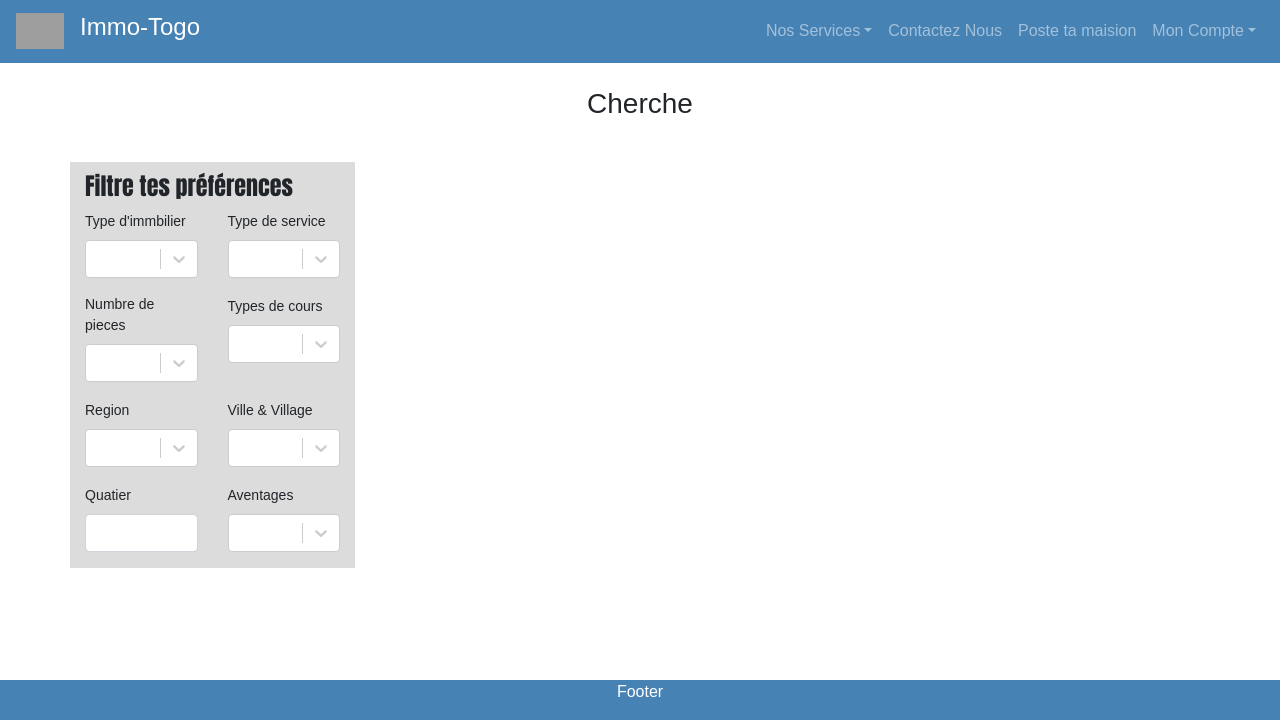
Repository: TAYLOR-YAO/immobilier-togo
Page: / (app in client/)
The author's editor kept a copy of each file at every save. The page is drawn from the files as they stood at one save, then again after the next save.
The browser window is 1280 px wide. The pictures show the whole page.
Pictures or frames that could not be fetched are drawn as grey boxes. The page's requests for data from a server got no answer. The project was rebuilt for these pictures with package versions that can differ from the ones it lists, and the page was loaded fresh each time. No one was signed in, and anything a server would have sent is missing. Also part of the build but not shown: client/src/Components/LendingPage/LendingPage.css, client/src/Components/RegisterHouses/RegisterHouse.css, client/src/Components/RegisterHouses/RegisterHouse.js, client/src/Components/Test_file.js, client/src/Components/test-2.js.

Above is the page before, as saved 2020-05-14 20:39:51.

### client/src/App.js
import React from 'react';
import './App.css';
// import LendingPage from "./LendingPage/LendingPage";
import Router from "./Components/Router/Router";
import Navbar from "./Components/Navbar/Navbar";

function App() {
  return (
    <div className="App">
      <Navbar/>
      <Router/>
      <div className="footer fixed-bottom">
        <p>Footer</p>
      </div>
    </div>
  );
}

export default App;

### client/src/App.css
.App {
  text-align: center;
}

.App-logo {
  height: 5vmin;
  pointer-events: none;
}

@media (prefers-reduced-motion: no-preference) {
  .App-logo {
    animation: App-logo-spin infinite 20s linear;
  }
}
html {
position: relative;
min-height: 100%;
}
body {
margin: 0 0 100px;
font-family: sans-serif;
}
.content {
padding: 15px;
box-sizing: border-box;
text-align: center;
}


.footer {
  background-color: #4682B4 !important;
  color: #ffffff;
}

### client/src/Components/Router/Router.js

import React from "react";
import {Switch, Route} from "react-router-dom";

import LendingPage from "../LendingPage/LendingPage";

import RegisterHouse from "../RegisterHouses/RegisterHouse";
import TestFile from "../Test_file";
import TestFile2 from "../test-2";



const Router =()=>(
    <Switch>
        <Route exact path="/" component={LendingPage} />
        <Route exact path="/poster-immobiliers" component={RegisterHouse} />
        <Route exact path="/test" component={TestFile} />
        <Route exact path="/test2" component={TestFile2} />

    </Switch>
)
export default Router;

### client/src/Components/Navbar/Navbar.js
import React, {Component} from 'react';
import { Nav, NavDropdown, Navbar } from 'react-bootstrap';
import './Navbar.css';
var logo = "https://thumbs.dreamstime.com/z/mains-et-maisons-toits-logo-d-immobiliers-89005989.jpg";


class Navigations extends Component {
 state = {
   username: ""
};

  render() {
    return <div>

<Navbar collapseOnSelect expand="lg" bg="success" variant="dark" className="navbar navbar-fixed-top">
    <Navbar.Brand href="/node_modules">
        <img src={logo} className="App-logo" alt="logo" style={{float:"left"}} />
    </Navbar.Brand>
    <Navbar.Brand href="/">
        <h4>Immo-Togo  </h4>
    </Navbar.Brand>
    <Navbar.Toggle aria-controls="responsive-navbar-nav" />
    <Navbar.Collapse id="responsive-navbar-nav">
        <Nav className="mr-auto">
        </Nav>
        <Nav>
            <NavDropdown title="Nos Services" id="collasible-nav-dropdown">
                <NavDropdown.Item href="#action/3.1">Annonce et vente de Maison</NavDropdown.Item>
                <NavDropdown.Divider />
                <NavDropdown.Item href="#action/3.3">Annonce et vente de Terrains</NavDropdown.Item>
                <NavDropdown.Divider />
                <NavDropdown.Item href="#action/3.4">Annonce et location</NavDropdown.Item>
            </NavDropdown>
            <Nav.Link href="/">Contactez Nous</Nav.Link>
            <Nav.Link href="poster-immobiliers">Poste ta maision</Nav.Link>
            <NavDropdown title="Mon Compte" id="collasible-nav-dropdown">
                <NavDropdown.Item href="#action/3.1">Modifier</NavDropdown.Item>
                <NavDropdown.Divider />
                <NavDropdown.Item href="#action/3.3">Solicite L'aide</NavDropdown.Item>
                <NavDropdown.Divider />
                <NavDropdown.Item href="#action/3.4">Quitter</NavDropdown.Item>
            </NavDropdown>
        </Nav>
    </Navbar.Collapse>
</Navbar>

    </div>

  }
}

export default Navigations;

### client/src/Components/LendingPage/LendingPage.js
import React, {Component} from 'react';
import './LendingPage.css';
import ReactHtmlParser from 'react-html-parser';
import axios from "axios";
import { Container ,Row, Col, Card, Form } from 'react-bootstrap';
import {regions, villes, immoiliers, cours, nombreChambres, aventages, services} from "../Feeds/feeds";
import Select from 'react-select';
import { Carousel } from 'react-responsive-carousel';
const customStyles = {
  input: styles => {
    return {
      ...styles,
      height: '1.6em'
  };
}
}
class LendingPage extends Component {
 state = {
    immobiliers: [],
    quartier:" ",
    ville:" ",
    descriptions:"",
    autreInfos:"",
    amount: "0.00 cfa",
    // ======================================
    region: "",
    immobilier: "",
    cours: "",
    chambres: "",
    aventages: "",
    services: "",
    // ======================================
    selectedRegion: null,
    selectedCity: null,
    selectedImmobilier: null,
    selectedCours:null,
    selectedNombreChambres: null,
    selectedAventages: null,
    selectedServices: null,
    documents: false
};
componentDidMount = ()=>{
  axios.get("/api/poster-vente", this.state).then(response=>{
    this.setState({
        immobiliers: response.data,
        clonedImmobiliers: response.data
      })
  })
  this.handleRegionChange = (regionOption) => {
    let filteredRegions = this.state.clonedImmobiliers.filter(immobilier => {
        return immobilier.region === regionOption.value;
    })
    this.setState({
        immobiliers: filteredRegions,
        selectedRegion: regionOption.value
    })
  }
  // ==============================FILTRE Ville================================
  this.handleVillesChange= (cityOption) => {
    let filteredCities = this.state.clonedImmobiliers.filter(immobilier => {
      return immobilier.ville === cityOption.value;
    })
    this.setState({
      immobiliers: filteredCities,
      ville: cityOption.value
    })
  }
  // ==============================FILTRE TYPE D'IMMOBILIER================================
  this.handleImmobilierChange= (immobilierTypeOption) => {
    let filteredImmobilierType= this.state.clonedImmobiliers.filter(immobilier => {
      return immobilier.immobilier === immobilierTypeOption.value;
    })
    this.setState({
      immobiliers: filteredImmobilierType,
      selectedImmobilier: immobilierTypeOption.value
    })
  }

  // ==============================FILTRE TYPE DE COURS================================
  this.handleCoursChange= (coursOptions) => {
    let filteredCoursType= this.state.clonedImmobiliers.filter(immobilier => {
      return immobilier.cours === coursOptions.value;
    })
    this.setState({
      immobiliers: filteredCoursType,
      selectedCours: coursOptions.value
    })
  }
  // ==============================FILTRE NOMBRE DE CHAMBRES================================
  this.handleNombreChambresChange= (nombreChambresOption) => {
    let filterednombreChambres= this.state.clonedImmobiliers.filter(immobilier => {
      return immobilier.chambres === nombreChambresOption.value;
    })
    this.setState({
      immobiliers: filterednombreChambres,
      selectedNombreChambres: nombreChambresOption.value
    })
  }
  // ==============================FILTRE AVENTAGES================================
  this.handleAventageChange= (aventagesOption) => {
    let filterednombreAventages= this.state.clonedImmobiliers.filter(immobilier => {
      return immobilier.aventages === aventagesOption.value[0];
    })
    this.setState({
      immobiliers: filterednombreAventages,
      selectedAventages: aventagesOption.value
    })
  }


}

handleAmountChange = (event, maskedvalue, floatvalue) =>{
  this.setState({amount: maskedvalue});
}


handleServicesChange= (selectedServices) => {
  this.setState({ selectedServices: selectedServices, services: selectedServices.value });
}

handleInputsChanges = event => {
  const { target: { name, value } } = event;
  this.setState({ [name]: value });
}

render() {
  // const { immobiliers} = this.state;
  const { immobiliers, selectedRegion, selectedCity, selectedImmobilier,selectedCours,selectedNombreChambres, selectedAventages, selectedServices} = this.state;
  return <div>

      <Container>
          <div style={{textAlign:"center"}}>
            <br/>
            <h3>Cherche </h3>
          </div>
        <br/>
        <Row style={{marginTop:"10px", height:"300px"}}>
        <Col sm={3} style={{background:"#DCDCDC", textAlign:"left"}}>
          <h4 style={{marginTop:"10px", fontFamily:"impact"}}>Filtre tes préférences</h4>
          <Row>
            <Col sm={6}>
              <Form.Group controlId="exampleForm.ControlSelect1" >
                <Form.Label style={{fontSize:"14px"}}>Type d'immbilier</Form.Label>
                <br/>
                <Select
                styles={customStyles}
                placeholder={selectedImmobilier}
                value={this.state.selectedImmobilier}
                onChange={this.handleImmobilierChange}
                options={immoiliers}
                />
              </Form.Group>
            </Col>
            <Col sm={6}>
              <Form.Group controlId="exampleForm.ControlSelect1" >
                <Form.Label style={{fontSize:"14px"}}>Type de service</Form.Label>
                <br/>
                <Select
                    styles={customStyles}
                    placeholder={selectedServices}
                    value={this.state.selectedServices}
                    onChange={this.handleServicesChange}
                    options={services}
                />
              </Form.Group>
            </Col>
          </Row>
          <Row>
            <Col sm={6}>
              <Form.Group controlId="exampleForm.ControlSelect1" >
                <Form.Label style={{fontSize:"14px"}}>Numbre de pieces</Form.Label>
                <br/>
                <Select
                    styles={customStyles}
                    placeholder={selectedNombreChambres}
                    value={this.state.selectedNombreChambres}
                    onChange={this.handleNombreChambresChange}
                    options={nombreChambres}
                />
              </Form.Group>
            </Col>
            <Col sm={6}>
              <Form.Group controlId="exampleForm.ControlSelect1" >
              <Form.Label style={{fontSize:"14px"}}>Types de cours</Form.Label>
              <br/>
              <Select
                styles={customStyles}
                placeholder={selectedCours}
                value={this.state.selectedCours}
                onChange={this.handleCoursChange}
                options={cours}
                // isMulti
                />
              </Form.Group>
            </Col>
          </Row>
          <Row>
            <Col sm={6}>
              <Form.Group controlId="exampleForm.ControlSelect1" >
              <Form.Label style={{fontSize:"14px"}}>Region</Form.Label>
              <br/>
              <Select
                  styles={customStyles}
                  placeholder={selectedRegion}
                  value={this.state.selectedRegion}
                  onChange={this.handleRegionChange}
                  options={regions}
                />
              </Form.Group>
            </Col>
            <Col sm={6}>
              <Form.Group controlId="exampleForm.ControlSelect1" >
              <Form.Label style={{fontSize:"14px"}}>Ville & Village</Form.Label>
              <br/>
              <Select
                  styles={customStyles}
                  placeholder={selectedCity}
                  value={this.state.selectedCity}
                  onChange={this.handleVillesChange}
                  options={villes}
                />
             </Form.Group>
            </Col>
          </Row>
          <Row>
            <Col sm={6}>
              <Form.Group controlId="exampleForm.ControlSelect1" >
                <Form.Label style={{fontSize:"14px"}}>Quatier</Form.Label>
                <Form.Control type="text" placeholder="Ex: Adidogomé " value={this.state.quartier} name="quartier" onChange={this.handleInputsChanges}/>
              </Form.Group>
            </Col>
            <Col sm={6}>
              <Form.Group controlId="exampleForm.ControlSelect1" >
              <Form.Label style={{fontSize:"14px"}}>Aventages</Form.Label>
              <br/>
              <Select
                  styles={customStyles}
                  placeholder={selectedAventages}
                  value={this.state.selectedAventages}
                  onChange={this.handleAventageChange}
                  options={aventages}
                  isMulti
                />
              </Form.Group>
            </Col>
          </Row>
          </Col>
{/* ===================================================================== */}
          <Col sm={9}>
            <Row>
              <Col sm={12}>
                <Row>
                  <Col sm={12}>
                    { immobiliers.map(immobilier =>
                    <div key={immobilier._id} >
                      <Row style={{borderTop:"3px double #000", paddingTop:"10px"}}>
                        <Col sm={7}>
                          <div >
                            <Card>
                              <Card.Title><h4 style={{fontFamily:"impact" }}>{immobilier.titre}</h4></Card.Title>
                                <Card.Body className="housepics">
                                  <Carousel>
                                  {immobilier.images.map((image,index) =>
                                    <div key={index}>
                                      <img src={image} alt="House Views"/>
                                      <p className={image}>Legend 2</p>
                                    </div>
                                  )}
                                </Carousel>
                              </Card.Body>
                            </Card>
                          </div>
                        </Col>
                        <Col sm={5} style={{textAlign:"left",background:"#DCDCDC"}}>
                            <h4 style={{fontFamily:"impact" }}>Details le l'immobilier</h4>
                            {/* <p> {immobilier.immobilier? `Type d'immobilier: ${immobilier.immobilier}` : ""}</p>                                                                                                */}
                            {/* <p style={{fontFamily:"impact" }}>{`Prix: ${immobilier.amount}`}</p>*/}
                            <Row>
                              <Col sm={6}>
                                <p style={{fontFamily:"impact" }}>{`Prix: ${immobilier.amount}`}</p>
                              </Col>
                              <Col sm={6}>
                                <a href="https://firebasestorage.googleapis.com/v0/b/immo-togo.appspot.com/o/immo-togo%2F27752247_1641686842578627_1891016869452810300_n.jpg?alt=media&token=f6b03fa1-4225-4add-8caa-f81f313e2d23" download="w3logo">Telecharger le contract</a>
                              </Col>
                            </Row>
                            <p> {immobilier.cours ? `Type de cours: ${immobilier.cours}` : ""}</p>
                            <p> {immobilier.services ? `Offre: ${immobilier.services}` : ""}</p>
                            <p> {`Ville & Village: ${immobilier.ville}`}</p>
                            <p> {`Quartier: ${immobilier.quartier}`} </p>
                            <div>{immobilier.chambres ?(<div><strong>Nombre de Piece(s): </strong>{immobilier.chambres}</div>): ""}</div>
                            <p>{immobilier.aventage ? `Aventale du lieu: ${immobilier.aventage.map(aventage =>{
                            return ` ${aventage.value} |`
                            })}` : ""}
                            </p>
                            <div><h6>Descriptions: </h6>  {ReactHtmlParser (this.state.descriptions)}  </div>
                            <div><h6>Address:</h6>{` ${immobilier.address}`}</div>
                        </Col>
                      </Row>

                        <hr/>
                      </div>
                    )}
                  </Col>
                </Row>

              </Col>
            </Row>
          </Col>
        </Row>
      </Container>
    </div>
  }
}

export default LendingPage;

### client/src/Components/Navbar/Navbar.css
/*
#root > div > div:nth-child(1) > nav{
    position: fixed;
    top: 0;
    width: 100%;

} */


#root > div > div:nth-child(1) > nav{
    background-color: #4682B4 !important;
}

### client/src/Components/Feeds/feeds.js
const regions = [
    { value: 'Maritime', label: 'Maritime' },
    { value: 'Central', label: 'Central' },
    { value: 'Savanes', label: 'Savanes' },
    { value: 'Kara', label: 'Kara' },
    { value: 'Plateaux', label: 'Plateaux' }
]
let immoiliers = [
    { value: 'Maison', label: 'Maison' },
    { value: 'Chambre', label: 'Chambre' },
    { value: 'Appartment', label: 'Appartment' },
    { value: 'Cours commune', label: 'Cours commune' },
    { value: 'Magasin', label: 'Magasin' },
    { value: 'Sommaire', label: 'Sommaire' }
]
let cours = [
    { value: 'Cours Uniquie', label: 'Cours Uniquie' },
    { value: 'Cours Commune', label: 'Cours Commune' },
    { value: 'Immeubles', label: 'Immeubles' }
]
let nombreChambres= [
    { value: 1, label: 1},
    { value: 2, label: 2},
    { value: 3, label: 3},
    { value: 4, label: 4},
    { value: 5, label: 5},
    { value: 6, label: 6},
    { value: 7, label: 7},
    { value: 8, label: 8},
    { value: 9, label: 9},
    { value: 10, label: 10},
    { value: 11, label: 11},
    { value: 12, label: 12},
    { value: 13, label: 13},
    { value: 14, label: 14},
    { value: 15, label: 15},
    { value: 16, label: 16},
    { value: 17, label: 17},
    { value: 18, label: 18},
    { value: 19, label: 19},
    { value: 20, label: 20}
]

let villes =[
    { value: 'Lomé', label: 'Lomé' },
    { value: 'Sokodé', label: 'Sokodé' },
    { value: 'Kara', label: 'Kara' },
    { value: 'Atakpamé', label: 'Atakpamé' },
    { value: 'Bassar', label: 'Bassar' },
    { value: 'Tsévié', label: 'Tsévié' },
    { value: 'Aného', label: 'Aného' },
    { value: 'Mango', label: 'Mango' },
    { value: 'Dapaong', label: 'Dapaong' },
    { value: 'Tchamba', label: 'Tchamba' },
    { value: 'Niamtougou', label: 'Niamtougou'},
    { value: 'Bafilo', label: 'Bafilo' },
    { value: 'Notsé', label: 'Notsé' },
    { value: 'Sotouboua', label: 'Sotouboua' },
    { value: 'Vogan', label: 'Vogan' },
    { value: 'Badou', label: 'Badou' },
    { value: 'Biankouri', label: 'Biankouri' },
    { value: 'Kandé', label: 'Kandé' },
    { value: 'Amlamé', label: 'Amlamé' },
    { value: 'Galangachi', label: 'Galangachi' },
    { value: 'Kpagouda', label: 'Kpagouda' }
]
let aventages = [
    { value: "Cyber", label: "Cyber" },
    { value: 'Ecole Primaire', label: 'Ecole Primaire' },
    { value: 'Lycées', label: 'Lycées' },
    { value: 'Université', label: 'Université' },
    { value: "Securité", label: "Securité"}
]
let services = [
    { value: "Vente", label: "Vente" },
    { value: 'Louer', label: 'Louer' },
    { value: 'Baille', label: 'Baille' }
]

module.exports = {
    villes: villes,
    regions: regions,
    immoiliers: immoiliers,
    cours: cours,
    nombreChambres: nombreChambres,
    aventages: aventages,
    services: services

}

Loaded but not shown: client/public/index.html (common file); client/src/index.js (common file); client/src/index.css (common file); client/src/serviceWorker.js (common file)

After the next save:
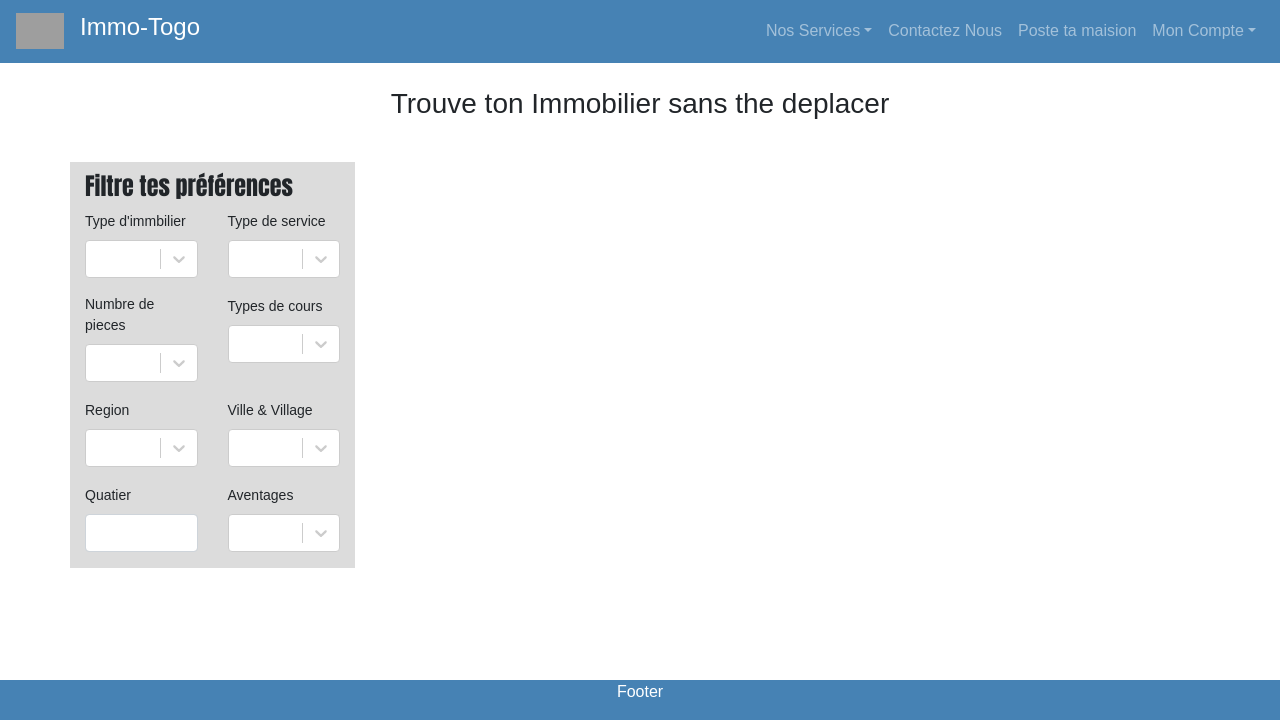
Saved 70 s later.
--- a/client/src/Components/LendingPage/LendingPage.js
+++ b/client/src/Components/LendingPage/LendingPage.js
@@ -132,7 +132,7 @@ render() {
       <Container>
           <div style={{textAlign:"center"}}>
             <br/>
-            <h3>Cherche </h3>
+            <h3>Trouve ton Immobilier sans the deplacer</h3>
           </div>
         <br/>
         <Row style={{marginTop:"10px", height:"300px"}}>
